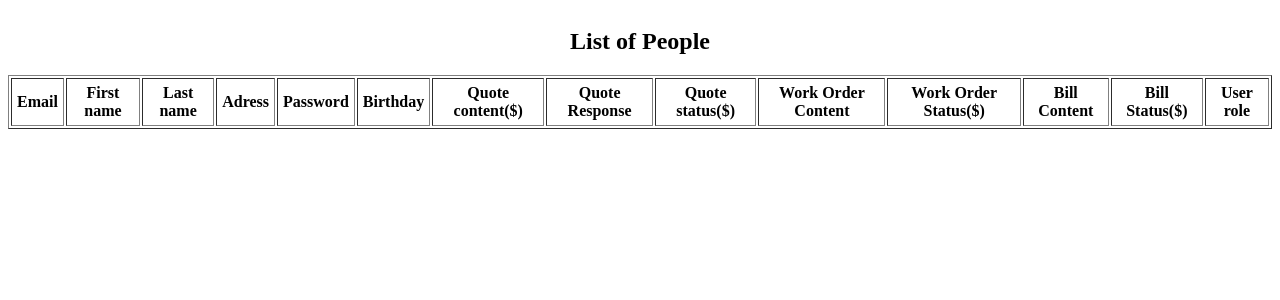
Repository: jacknishanian/Database-project
Page: http://localhost/database/UserList.jsp
These files come from the project's save history. The page is drawn as it stood at one moment and after the next save; the edit follows.
The browser window is 1280 px wide. The pictures show the whole page.
The page is served by Tomcat 9. Nobody is signed in. The application's start-up code is not run. Other server files are loaded and not shown.

Above is the page before, as saved 2023-10-17 21:14:12.

### database/WebContent/UserList.jsp
<%@ page import="java.util.List" %>
<%@ page language="java" contentType="text/html; charset=ISO-8859-1"
    pageEncoding="ISO-8859-1"%>
  <%@ taglib prefix="c" uri="http://java.sun.com/jsp/jstl/core" %>
<!DOCTYPE html PUBLIC "-//W3C//DTD HTML 4.01 Transitional//EN" "http://www.w3.org/TR/html4/loose.dtd">
<html>
<head>
    <title>All User list</title>
</head>
<body>
   <div align="center">
        <table border="1" cellpadding="5">
            <caption><h2>List of People</h2></caption>
            <tr>
				<th>Email</th>
                <th>First name</th>
                <th>Last name</th>
                <th>Adress</th>
                <th>Password</th>
                <th>Birthday</th>
                <th>Quote content($)</th>
                <th>Quote Response</th>
                <th>Quote status($)</th>
                <th>Work Order Content</th>
                <th>Work Order Status($)</th>
                <th>Bill Content</th>
                <th>Bill Status($)</th>
                <th>User role</th>

            </tr>
            <c:forEach var="users" items="${listUser}">
                <tr style="text-align:center">
                    <td><c:out value="${users.email}" /></td>
                    <td><c:out value="${users.firstName}" /></td>
                    <td><c:out value="${users.lastName}" /></td>
                    <td><c:out value= "${users.adress_street_num} ${users.adress_street} ${users.adress_city} ${users.adress_state} ${users.adress_zip_code}" /></td>
                    <td><c:out value="${users.password}" /></td>
                    <td><c:out value="${users.quotes_content}" /></td>
                    <td><c:out value="${users.quotes_response}"/></td>
                    <td><c:out value="${users.quotes_status}" /></td>
                    <td><c:out value="${users.work_order_status}" /></td>
                    <td><c:out value="${users.bill_of_work_content}"/></td>
                    <td><c:out value="${users.bill_of_work_status}" /></td>
                    <td><c:out value="${users.role}" /></td>
                </tr>
            </c:forEach>
        </table>
    </div>
</body>
</html>

After the next save:
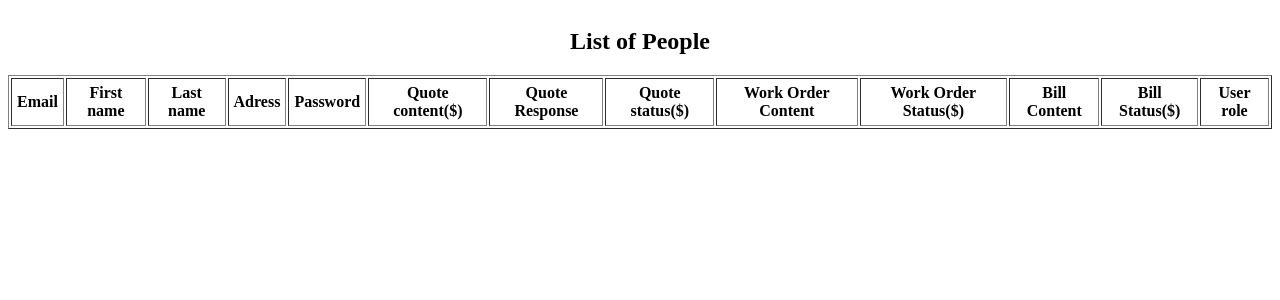
Saved 1 s later.
--- a/database/WebContent/UserList.jsp
+++ b/database/WebContent/UserList.jsp
@@ -17,7 +17,6 @@
                 <th>Last name</th>
                 <th>Adress</th>
                 <th>Password</th>
-                <th>Birthday</th>
                 <th>Quote content($)</th>
                 <th>Quote Response</th>
                 <th>Quote status($)</th>
